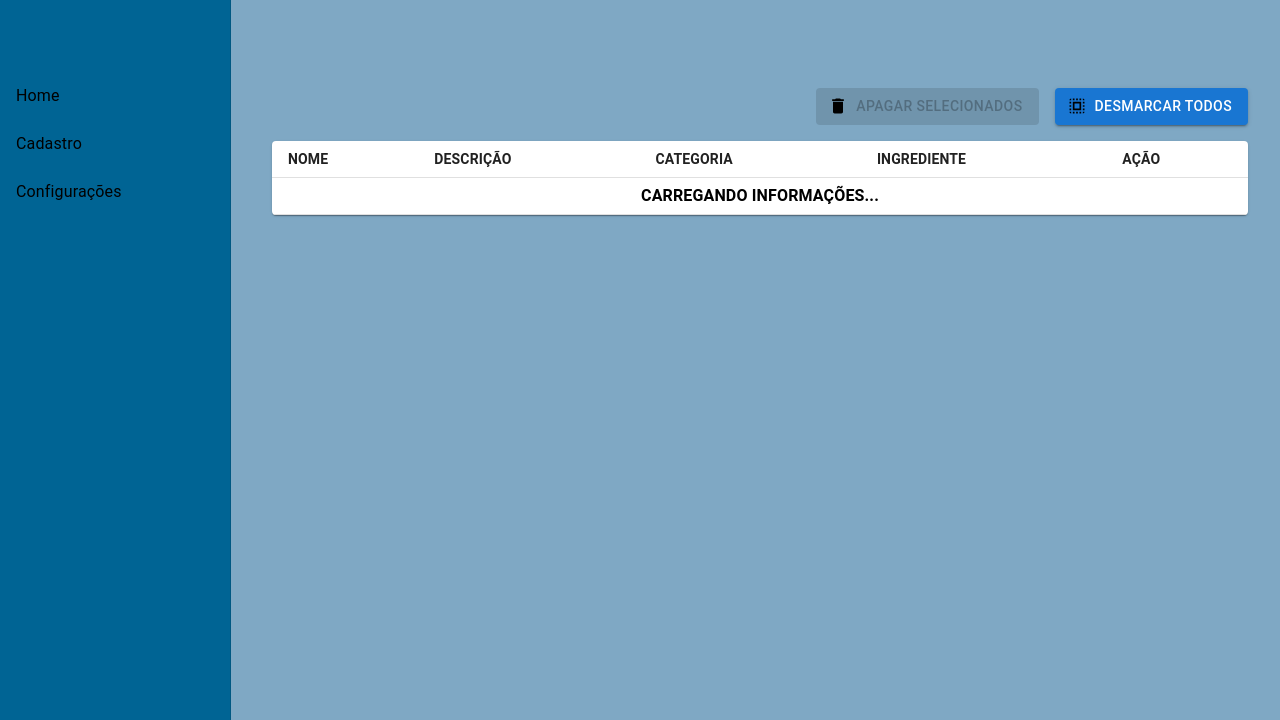
Repository: oZanella/projeto_windel_web_CRM
Page: /
These files come from the project's save history. The page is drawn as it stood at one moment and after a run of saves; the edit follows.
The browser window is 1280 px wide. The pictures show the whole page.
The page's requests for data from a server got no answer. The project was rebuilt for these pictures with package versions that can differ from the ones it lists, and the page was loaded fresh each time. No one was signed in, and anything a server would have sent is missing. Also part of the build but not shown: vite.config.js, src/routes/Configuracoes.jsx. Imported but missing from the stored project, and not drawn on this page: src/routes/Cadastro.jsx.

Above is the page before, as saved 2024-08-19 08:46:20.

After the next 4 saves:
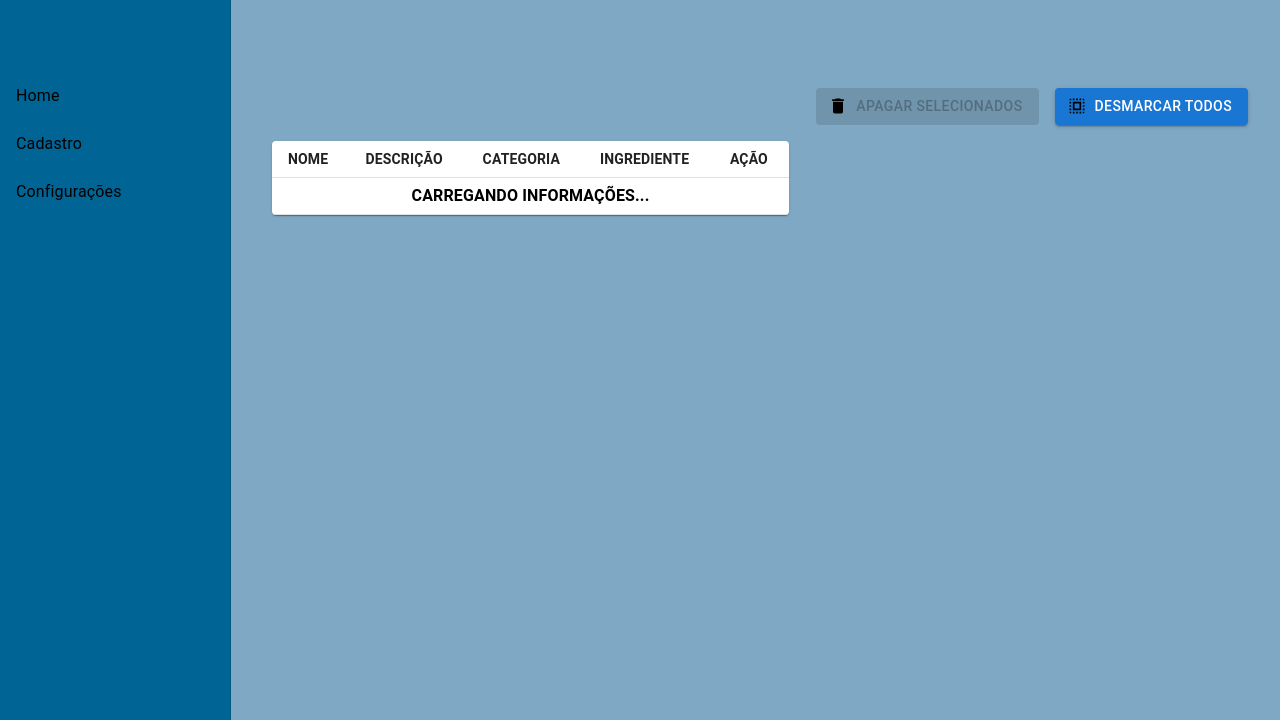
The 4 saves are shown as one change because they came seconds apart.
The last was saved 11 s later.
--- a/src/components/TableHome.jsx
+++ b/src/components/TableHome.jsx
@@ -119,7 +119,7 @@ export const CardDados = ({
       </Box>
 
       {/* Tabela aonde aparece os dados */}
-      <TableContainer component={Paper} sx={{ overflowX: 'auto', width: { xs: '100%', sm: 'calc(100% - 240px)' }, ml: { sm: '240px' } }}>
+      <TableContainer component={Paper} sx={{ overflowX: 'auto', width: { xs: '100%', sm: 'calc(100% - 699px)' }, ml: { sm: '240px' } }}>
         <Table size='small'>
           <TableHead>
             <TableRow>
